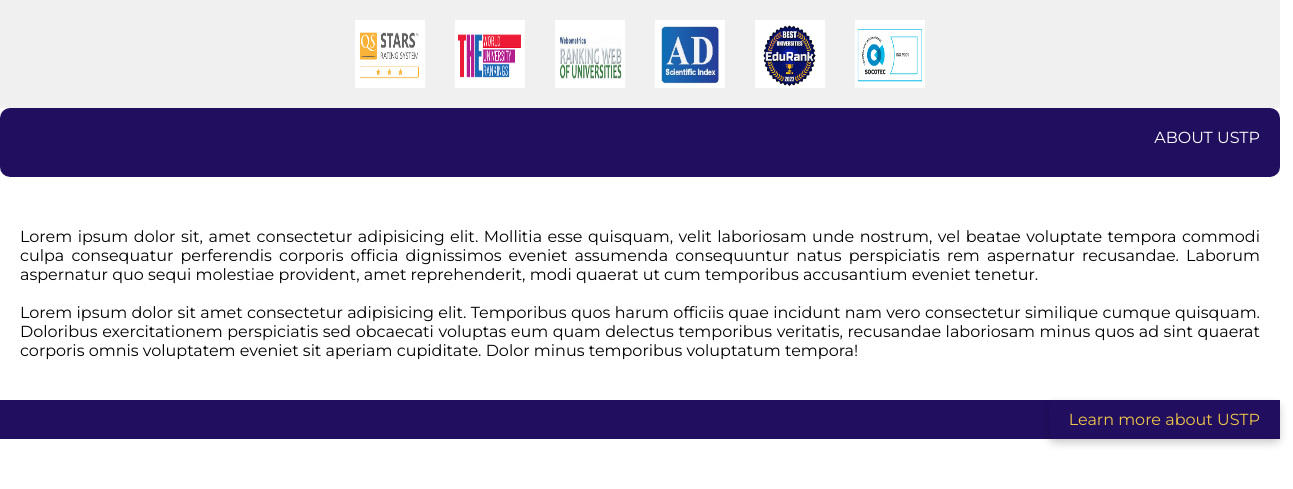
Repository: Joy5345/Colis-MidTerm_PIT
Page: index.html
An editor plug-in stored every save of this project. The page is shown before and after the next save, followed by the edit.
The browser window is 1280 px wide. The page is 1293 px wide, so the pictures cover 1293 px, including what lies to the right of the window. The pictures show the part of the page from y = 484 to 973 px (the page is 973 px tall before and 953 px after).

Above is the page before, as saved 2023-07-29 18:19:07.

After the next save:
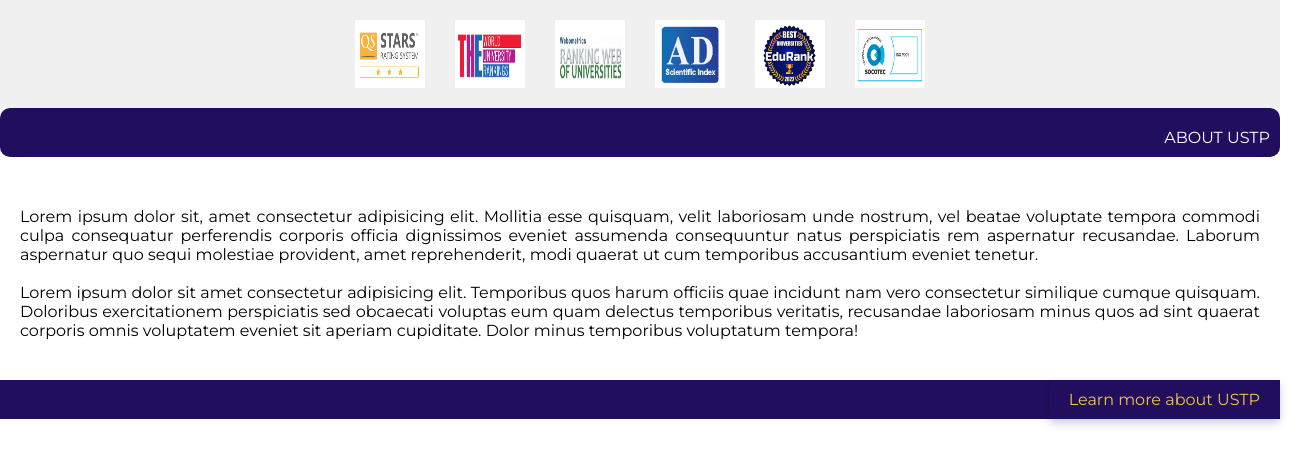
Saved 26 s later.
--- a/css/style.css
+++ b/css/style.css
@@ -130,7 +130,7 @@
 
 .about-ustp-header{
     background-color: #220e5f;
-    padding: 20px 20px;
+    padding: 20px 10px 10px 20px;
     justify-content: flex-end;
     border-radius: 10px;
     margin-block-end: 10px;
@@ -139,7 +139,6 @@
 .about-ustp{
     text-transform: uppercase;
     text-align: right;
-    margin-block-end: 10px;
 }
 
 .about-ustp a {
